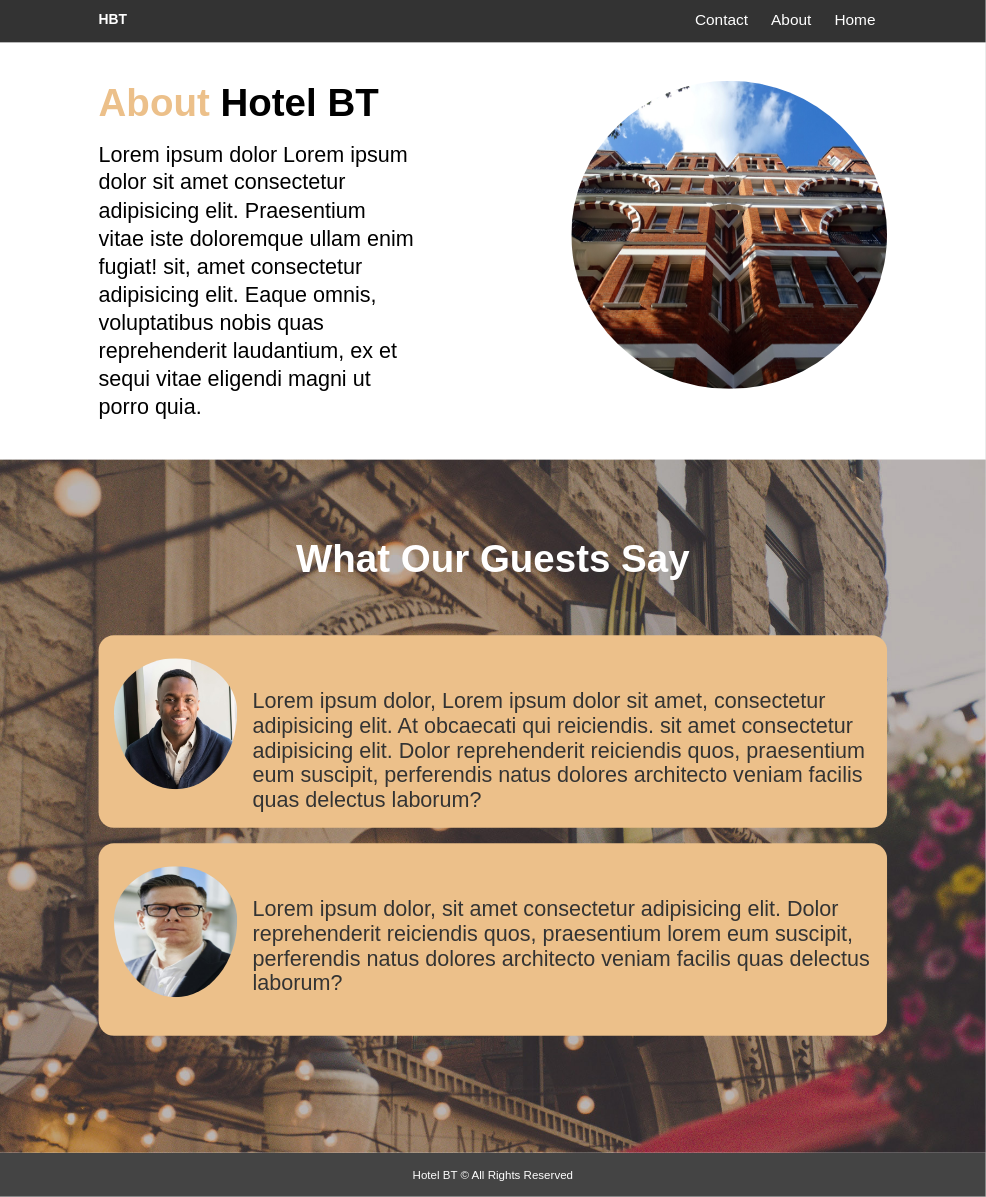
Repository: reemoon-ctrl/35---hotel-website
Page: about.html
The author's editor kept a copy of each file at every save. The page is drawn from the files as they stood at one save, then again after a run of saves.
The browser window is 1280 px wide. The pictures show the whole page, at 77% of full size.

Above is the page before, as saved 2024-07-24 21:24:32.

After the next 2 saves:
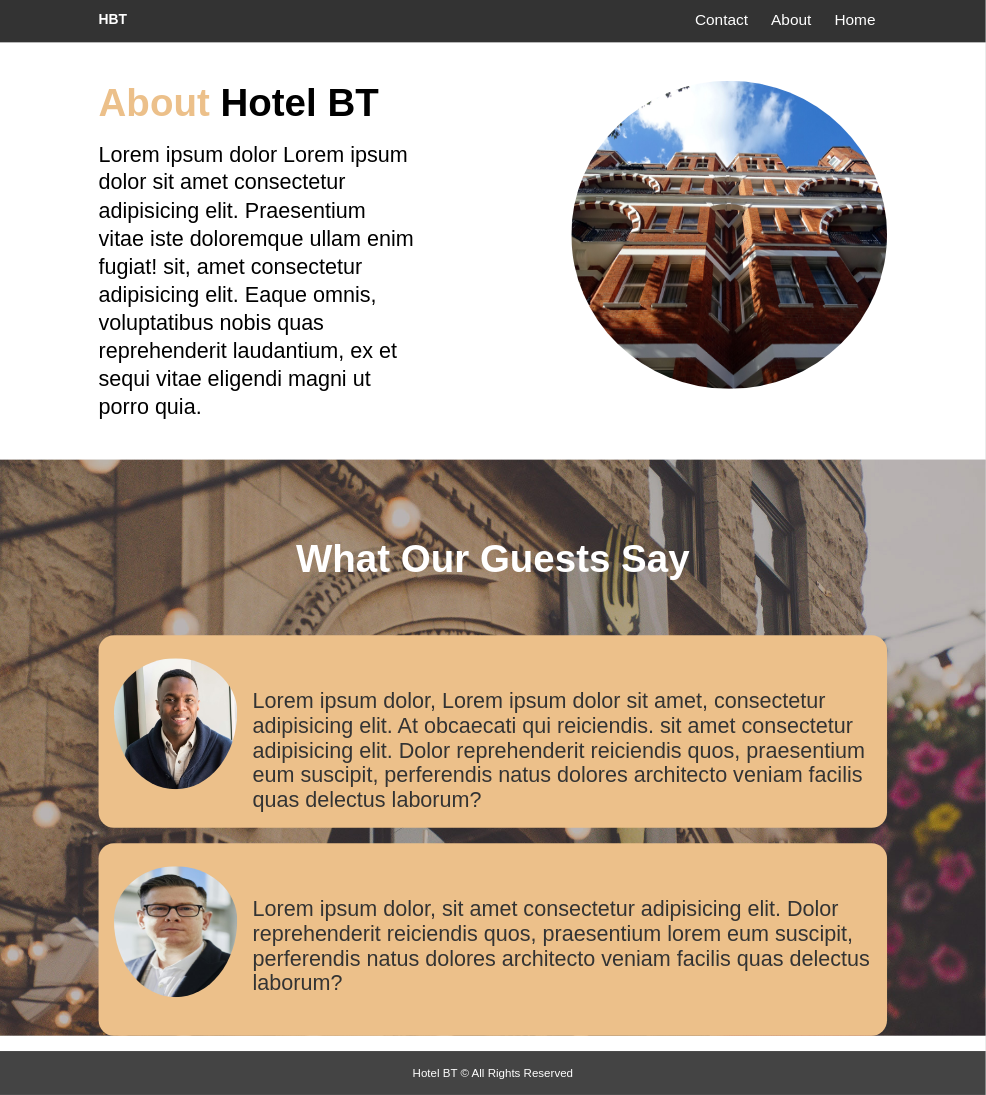
The 2 saves are shown as one change because they came seconds apart.
The last was saved 29 s later.
--- a/index.css
+++ b/index.css
@@ -261,7 +261,7 @@ footer p{
 .aside-content{
     background-image: url(img/test-bg.jpg) ;
     background-color: #cccccc;
-    height:900px;
+    height:100%;
     background-position: center;
     background-repeat: no-repeat;
     background-size: cover;
